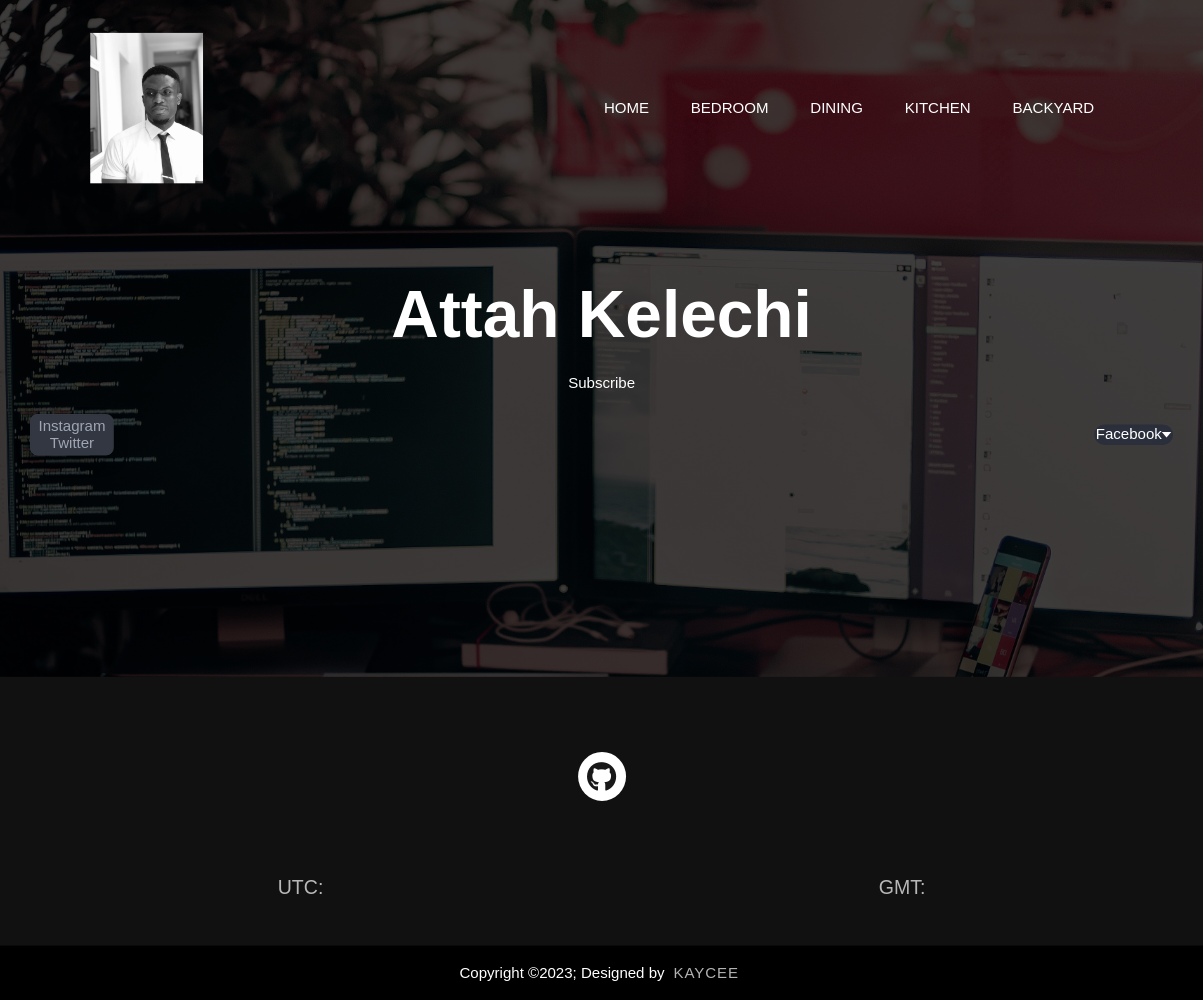
Repository: Kaycee-attah/HNG-Internship_2023
Page: index.html
The author's editor kept a copy of each file at every save. The page is drawn from the files as they stood at one save, then again after the next save.
The browser window is 1280 px wide. The pictures show the whole page, at 94% of full size.

Above is the page before, as saved 2023-09-07 04:13:53.

### index.html
<!DOCTYPE html>
<html lang="en">
<head>
    <meta charset="UTF-8">
    <meta name="viewport" content="width=device-width, initial-scale=1.0">
    <title>How to make a website - Easy tutorial</title>
    <link rel="stylesheet" href="style.css">
    <link rel="stylesheet" href="https://cdnjs.cloudflare.com/ajax/libs/font-awesome/6.4.2/css/all.min.css" integrity="sha512-z3gLpd7yknf1YoNbCzqRKc4qyor8gaKU1qmn+CShxbuBusANI9QpRohGBreCFkKxLhei6S9CQXFEbbKuqLg0DA==" crossorigin="anonymous" referrerpolicy="no-referrer" />
</head>
<body>
    <div class="banner">
        <div class="navbar">
            <img class="logo" src="slack_DP.JPG" alt="Kaycee" data-testid="slackDisplayImage">
            <ul>
                <li><a href="#">Home</a></li>
                <li><a href="#">Bedroom</a></li>
                <li><a href="#">Dining</a></li>
                <li><a href="#">Kitchen</a></li>
                <li><a href="#">Backyard</a></li>
            </ul>
        </div>
    </div>
    <div class="content">
        <h1 data-testid="slackUserName">Attah Kelechi</h1>
        <p>Subscribe</p>
        <div class="dropdown">
            <div class="select">
                <span class="selected">Figma</span>
                <div class="caret"></div>
            </div>
            <ul class="menu">
                <li>Framer </li>
                <li>Sketch </li>
            </ul>
            <div class="select">
                <span class="selected">Facebook</span>
                <div class="caret"></div>
            </div>
            <ul class="menu">
                <li>Instagram </li>
                <li>Twitter </li>
            </ul>
            <!-- <button type="button"><span class="btn"></span> MORE</button>
            <button type="button"><span class="btn"></span>SUBSCRIBE</button> -->
        </div>
    </div>
    <footer>
        <div class="footer_Container">
            <div class="social-icon">
                <a href=""><i class="fa-brands fa-github"></i></a>
            </div>

        </div>
        <div class="footer_Info">
            <ul>
                <li>UTC: </li>
                <li>GMT: </li>
            </ul>
        </div>
        <div class="footer_Bottom">
            <p>Copyright &copy;2023; Designed by <span class="designer">Kaycee</span></p>
        </div>
    </footer>

    <script src="script.js"></script>
</body>

</html>

### style.css
*{
    margin: 0;
    padding: 0;
    font-family: sans-serif;

}
body{
    background-image: linear-gradient(rgba(0,0,0,0.75), rgba(0,0,0,0.75)), url(IMG_6759.JPG);
    background-size: cover;
    background-position: center;
}

.banner{
    width: 100%;
    height: 100vh;


}
.navbar{
    width: 85%;
    margin: auto;
    padding: 35px 0;
    display: flex;
    align-items: center;
    justify-content: space-between;
}
.logo{
    width: 120px;
    cursor: pointer;
}
.navbar ul li{
    list-style: none;
    display: inline-block;
    margin: 0 20px;
    position: relative;
}
.navbar ul li a{
    text-decoration: none;
    color: #fff;
    text-transform: uppercase;
}
.navbar ul li::after{
    content: "";
    height: 3px;
    width: 0;
    background: #009688;
    position: absolute;
    left: 0;
    bottom: -10px;
    transition: 0.5s;
}
.navbar ul li:hover::after{
    width: 100%;
}
.content{
    width: 100%;
    position: absolute;
    top: 50%;
    transform: translateY(-50%);
    text-align: center;
    color: #fff;
}
.content h1{
    font-size: 70px;
    margin-top: 80px;
}
.content p{
    margin: 20px auto;
    font-weight: 100;
    line-height: 25px;
}
.dropdown{
    min-width: 15em;

    margin: 2em;
    display: flex;
    justify-content: space-between;
    align-items: center;

}
.dropdown *{
    box-sizing: border-box;
}

.select{
    background: #2a2f3b;
    color: #fff;
    display: flex;
    justify-content: space-between;
    align-items: center;
    border: 2px #2a2f3b solid;
    border-radius: 1em;
    cursor: pointer;
    transition: background 0.3s;
    position: relative;
}
.select-clicked{
    border: 2px #26489a solid;
    box-shadow: 0 0 0.8em #26489a;
}

.select:hover{
    background: #323741;
}

.caret{
    width: 0;
    height: 0;
    border-left: 5px solid transparent;
    border-right: 5px solid transparent;
    border-top: 6px solid #fff;
    transition: 0.3s;
}

.caret-rotate{
    transform: rotate(180deg);
}

.menu{
    list-style: none;
    padding: 0.2em 0.5em;
    background: #323741;
    border: 1px #363a43 solid;
    box-shadow: 0 0.5em 1em rgba(0, 0, 0, 0.2);
    border-radius: 0.5em;
    color: #9fa5b5;
    position: absolute;
}


button{
    width: 200px;
    padding: 15px 0;
    text-align: center;
    margin: 20px 10px;
    border-radius: 25px;
    font-weight: bold;
    border: 2px solid #009688;
    background: transparent;
    color: #fff;
    cursor: pointer;
    position: relative;
    overflow: hidden;
}
.btn{
    background: #009688;
    height: 100%;
    width: 0;
    border-radius: 25px;
    position: absolute;
    left: 0;
    bottom: 0;
    z-index: -1;
    transition: 0.5s;
}
button:hover span{
    width: 100%;
}
footer{
    background-color: #111;
    width: 100%;
}
.footer_Container{
    /* width: 100%; */
    padding: 70px 30px 20px;
}
.social-icon{
    display: flex;
    justify-content: center;
}
.social-icon a{
    text-decoration: none;
    padding: 10px;
    background-color: white;
    margin: 10px;
    border-radius: 50%;
}
.social-icon a i{
    font-size: 2em;
    color: black;
    opacity: 0.9;
}


.social-icon a:hover{
    background-color: #111;
    transition: 0.5s;
}
.social-icon a:hover i{
    background-color: white;
    transition: 0.5s;
}
.footer_Info{
    margin: 30px 0;
}
.footer_Info ul{
    display: flex;
    justify-content: space-around;
}
.footer_Info ul li{
    color: white;
    margin: 20px;
    text-decoration: none;
    list-style: none;
    font-size: 1.3em;
    opacity: 0.7;
    transition: 0.5s;
}

.footer_Bottom {
    background-color: #000;
    padding: 20px;
    text-align: center;
}
.footer_Bottom p{
    color: white;

}
.designer{
    opacity: 0.7;
    text-transform: uppercase;
    letter-spacing: 1px;
    font-weight: 400;
    margin: 0px 5px;
    /* position: fixed; */
}

@media (max-width: 700px){
    .footer_Info ul{
        flex-direction: column;
    }
    .footer_Info ul li{
        width: 100%;
        text-align: center;
        margin: 10px 0;
    }
}

### script.js
const now = new Date();
const day = now.getDay();
const hours = now.getHours();
const minutes = now.getMinutes();
const UTCtimeStamp = now.getTime();
const GMTdate_and_time = now.toUTCString();
const daysOfWeek = [
    "Sunday",
    "Monday",
    "Tuesday",
    "Wednesday",
    "Thursday",
    "Friday",
    "Saturday"
]
const today = daysOfWeek[day];
const UTC = now.getUTCMilliseconds();
console.log("Current day of the week:", today)
console.log("UTC:", UTC)

console.log("UTCtimeStamp:", UTCtimeStamp)
console.log("GMTdate_and_time:", GMTdate_and_time)

After the next save:
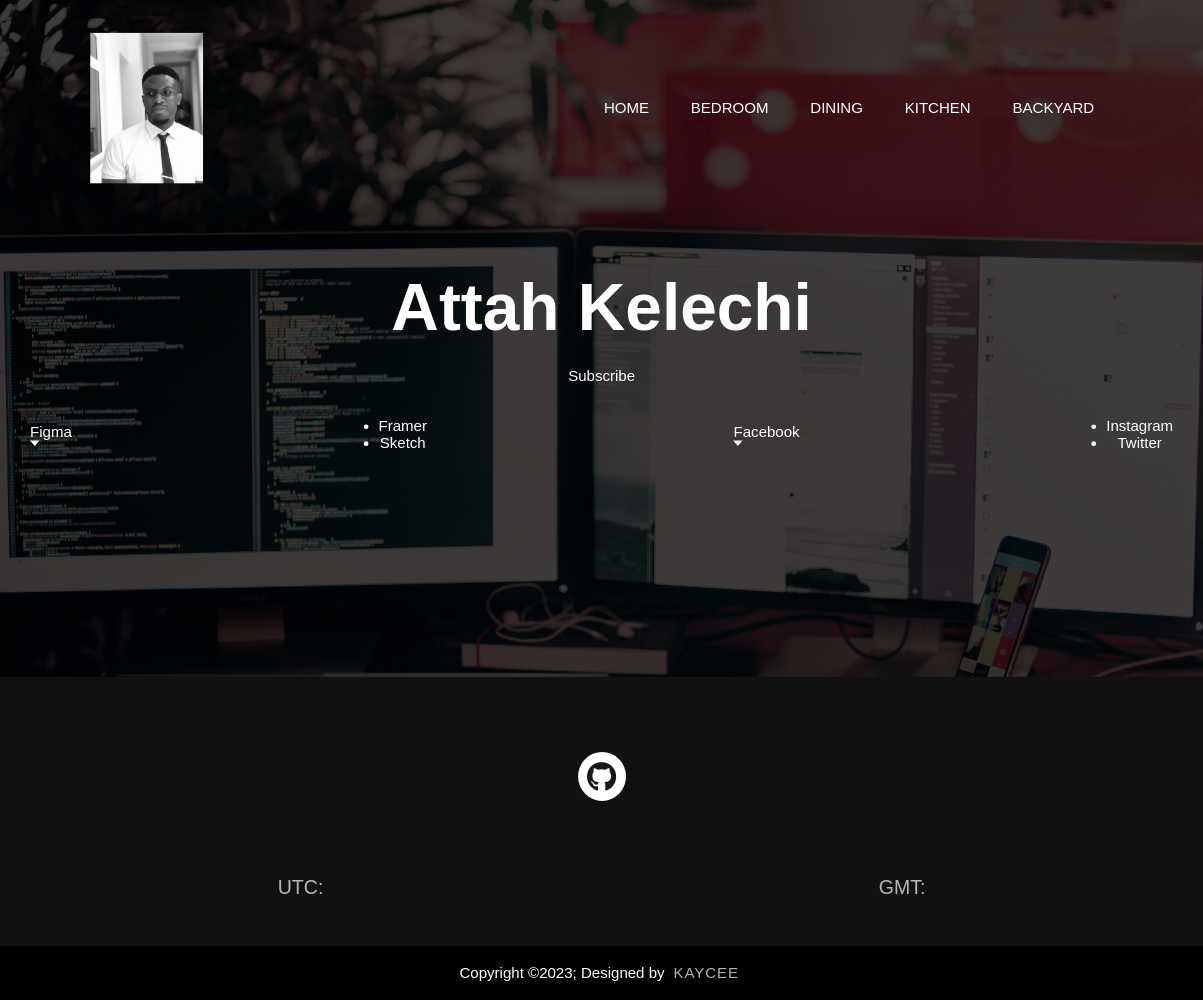
Saved 2 min 9 s later.
--- a/index.html
+++ b/index.html
@@ -24,19 +24,19 @@
         <h1 data-testid="slackUserName">Attah Kelechi</h1>
         <p>Subscribe</p>
         <div class="dropdown">
-            <div class="select">
+            <div class="select_1">
                 <span class="selected">Figma</span>
                 <div class="caret"></div>
             </div>
-            <ul class="menu">
+            <ul class="menu_1">
                 <li>Framer </li>
                 <li>Sketch </li>
             </ul>
-            <div class="select">
+            <div class="select_2">
                 <span class="selected">Facebook</span>
                 <div class="caret"></div>
             </div>
-            <ul class="menu">
+            <ul class="menu_2">
                 <li>Instagram </li>
                 <li>Twitter </li>
             </ul>

After the save that followed:
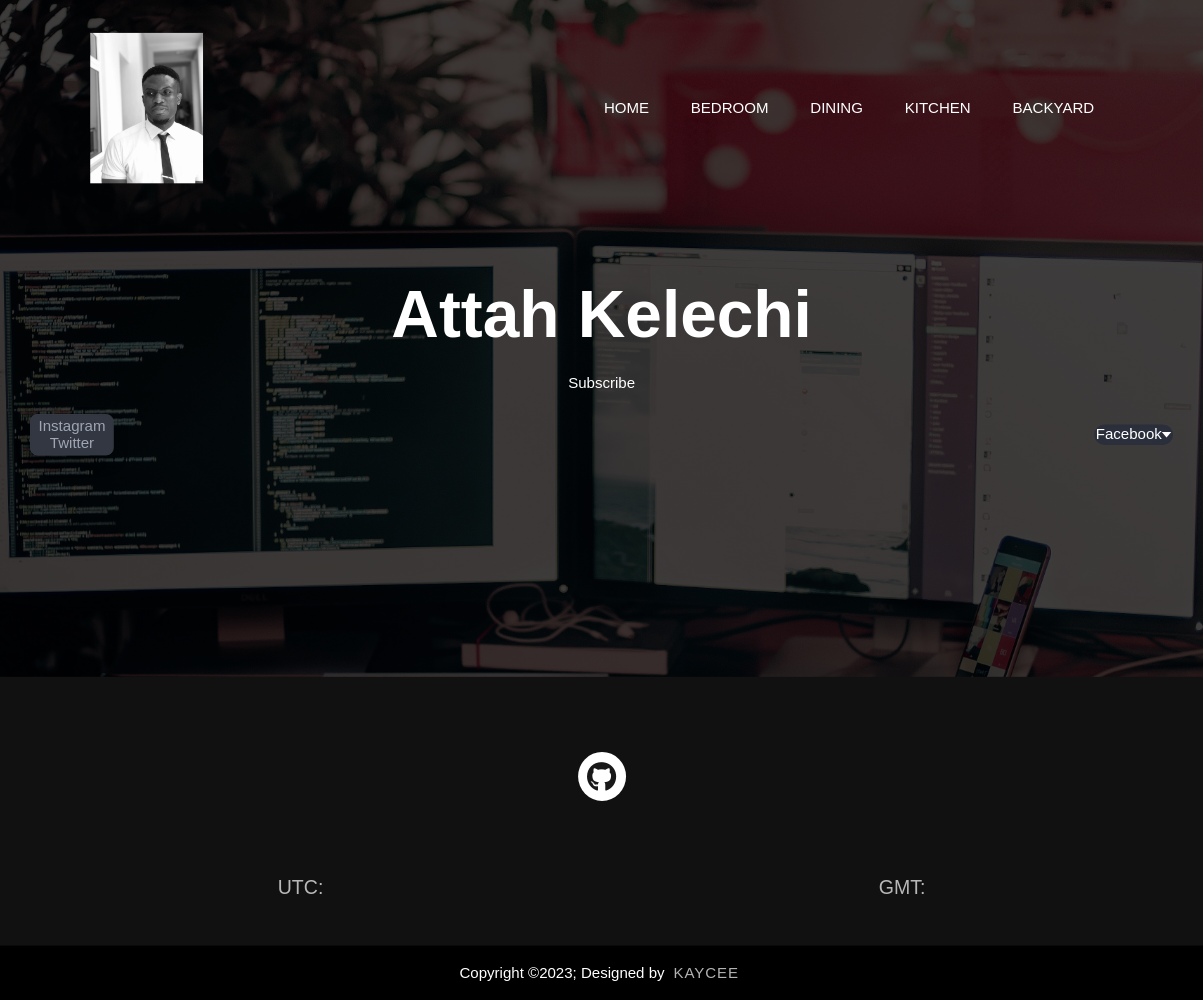
Saved 2 min 23 s later.
--- a/style.css
+++ b/style.css
@@ -82,7 +82,19 @@ body{
     box-sizing: border-box;
 }
 
-.select{
+.select_1{
+    background: #2a2f3b;
+    color: #fff;
+    display: flex;
+    justify-content: space-between;
+    align-items: center;
+    border: 2px #2a2f3b solid;
+    border-radius: 1em;
+    cursor: pointer;
+    transition: background 0.3s;
+    position: relative;
+}
+.select_2{
     background: #2a2f3b;
     color: #fff;
     display: flex;
@@ -99,7 +111,10 @@ body{
     box-shadow: 0 0 0.8em #26489a;
 }
 
-.select:hover{
+.select_1:hover{
+    background: #323741;
+}
+.select_2:hover{
     background: #323741;
 }
 
@@ -116,7 +131,17 @@ body{
     transform: rotate(180deg);
 }
 
-.menu{
+.menu_1{
+    list-style: none;
+    padding: 0.2em 0.5em;
+    background: #323741;
+    border: 1px #363a43 solid;
+    box-shadow: 0 0.5em 1em rgba(0, 0, 0, 0.2);
+    border-radius: 0.5em;
+    color: #9fa5b5;
+    position: absolute;
+}
+.menu_2{
     list-style: none;
     padding: 0.2em 0.5em;
     background: #323741;
